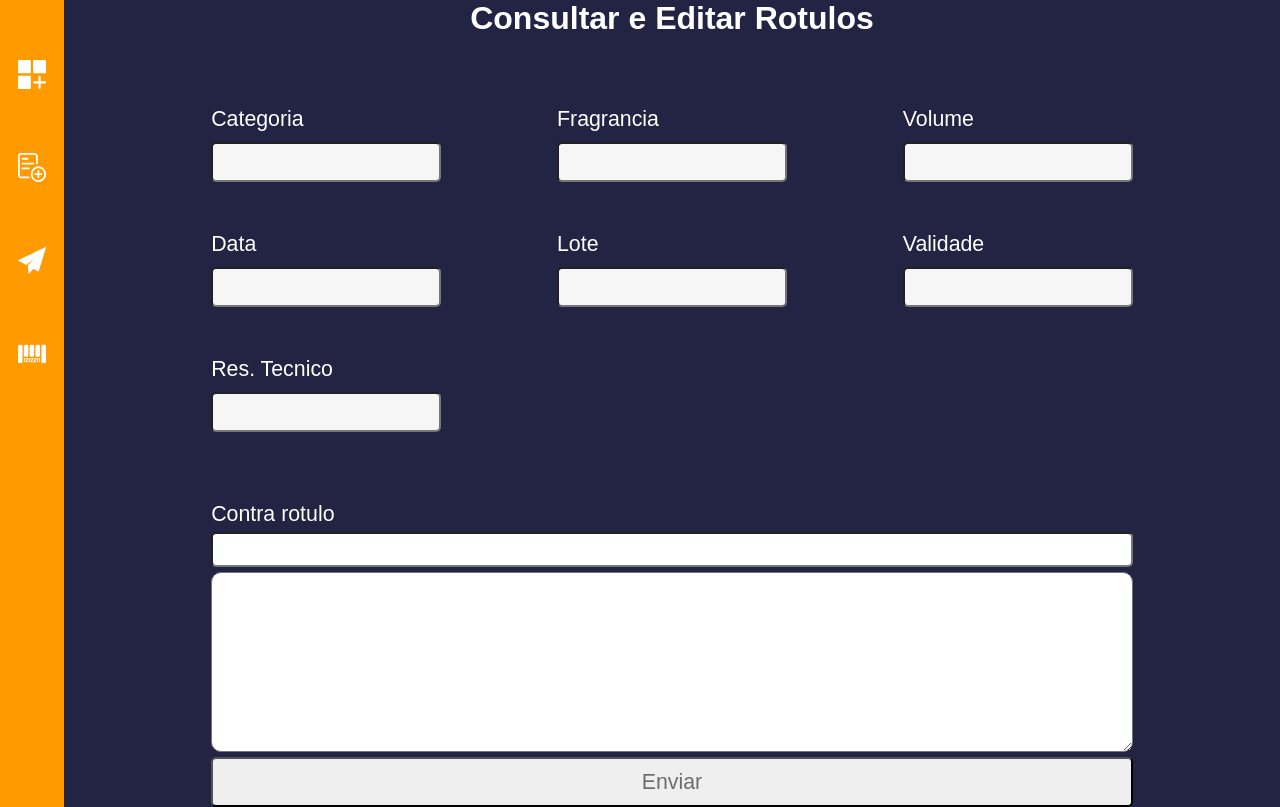
Repository: jeanjanrley/Organizador-de-rotulos
Page: /consultar
An editor plug-in stored every save of this project. The page is shown before and after the next save, followed by the edit.
The browser window is 1280 px wide. The pictures show the whole page.
The project was rebuilt for these pictures with package versions that can differ from the ones it lists, and the page was loaded fresh each time. Also part of the build but not shown: src/pages/home/Home.js.

Above is the page before, as saved 2021-06-26 15:38:30.

After the next save:
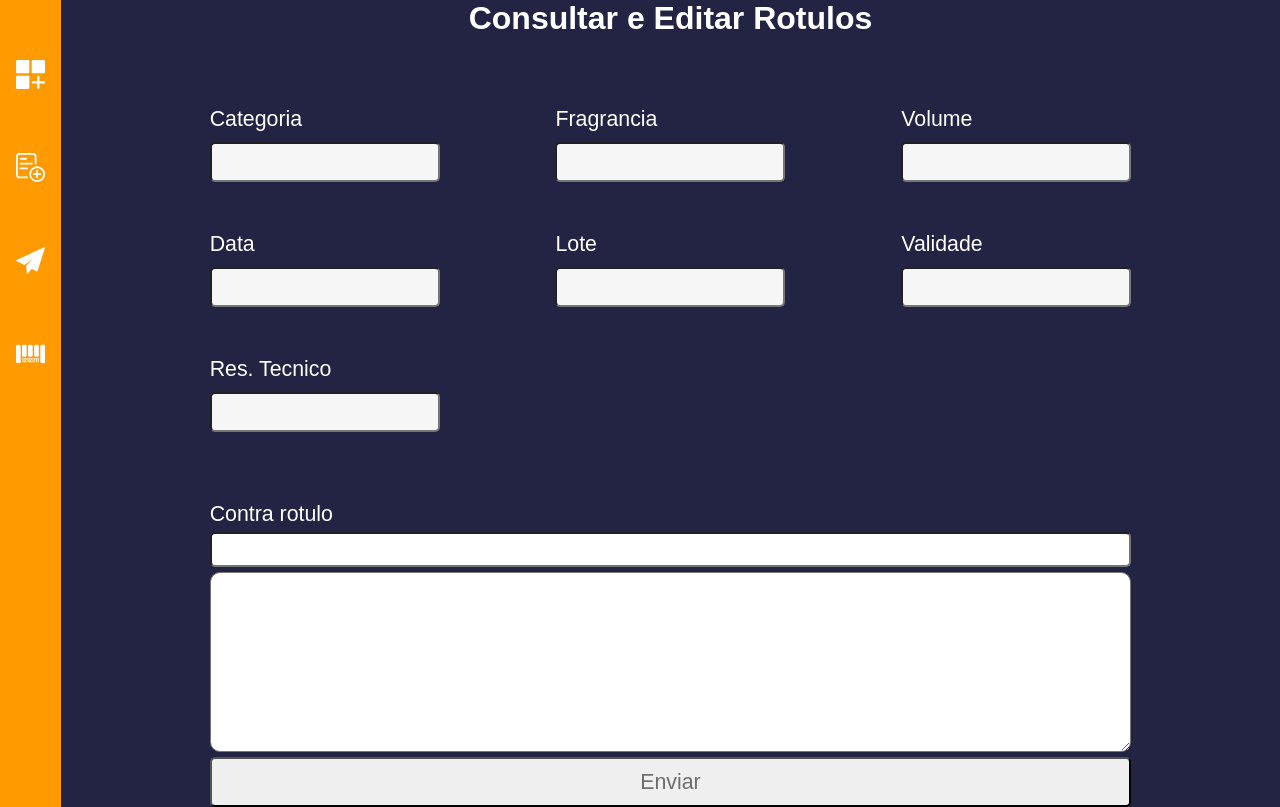
Saved 31 s later.
--- a/src/components/aside/styles.scss
+++ b/src/components/aside/styles.scss
@@ -2,7 +2,6 @@ aside{
     padding-top: 50px;
     display: flex;
     flex-direction: column;
-    flex: none;
 
     align-items: center;
     justify-content: baseline;
